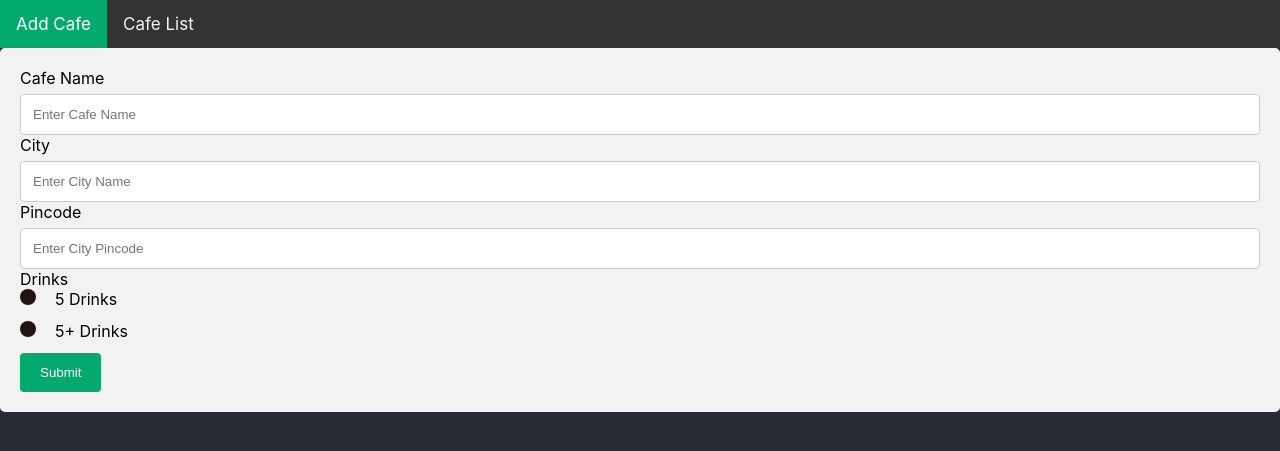
Repository: Surojd/project-cafe
Page: /add-cafe
The author's editor kept a copy of each file at every save. The page is drawn from the files as they stood at one save, then again after the next save.
The browser window is 1280 px wide. The pictures show the whole page.
The page's requests for data from a server got no answer. The project was rebuilt for these pictures with package versions that can differ from the ones it lists, and the page was loaded fresh each time. No one was signed in, and anything a server would have sent is missing. Also part of the build but not shown: src/cafe/CafeList.js.

Above is the page before, as saved 2021-09-01 14:41:41.

### src/index.js
import React from 'react';
import ReactDOM from 'react-dom';
import './index.css';
import App from './App';
import reportWebVitals from './reportWebVitals';

import { BrowserRouter as Router } from 'react-router-dom';
ReactDOM.render(
  <React.StrictMode>
    <Router>
      <App />
    </Router>
  </React.StrictMode>,
  document.getElementById('root')
);

// If you want to start measuring performance in your app, pass a function
// to log results (for example: reportWebVitals(console.log))
// or send to an analytics endpoint. Learn more: https://bit.ly/CRA-vitals
reportWebVitals();

### src/index.css
body {
  background-color: #282c34;
  margin: 0;
  font-family: -apple-system, BlinkMacSystemFont, 'Segoe UI', 'Roboto', 'Oxygen',
    'Ubuntu', 'Cantarell', 'Fira Sans', 'Droid Sans', 'Helvetica Neue',
    sans-serif;
  -webkit-font-smoothing: antialiased;
  -moz-osx-font-smoothing: grayscale;
}

code {
  font-family: source-code-pro, Menlo, Monaco, Consolas, 'Courier New',
    monospace;
}

a{
  text-decoration: none;
}

### src/App.js
import { Link, Redirect, Route, Switch, useLocation } from 'react-router-dom';
import './App.css';
import { AddCafe, CafeList } from './cafe';

const routes = [
  { path: '/add-cafe', component: AddCafe },
  { path: '/cafes', component: CafeList },
];
function App() {
  const { pathname } = useLocation();
  console.log(pathname);
  return (
    <div className="App">
      <header className="topnav">
        <Link to="/add-cafe" className={pathname === '/add-cafe' ? 'active' : ''}>Add Cafe</Link>
        <Link to="/cafes" className={pathname === '/cafes' ? 'active' : ''}>Cafe List</Link>
      </header>
      <div class="container">
        <Switch>
          {
            routes.map(item => {
              return <Route  {...item} />
            })
          }
        </Switch>
      </div>
    </div>
  );
}

export default App;

### src/App.css
/* Add a black background color to the top navigation */
.topnav {
  background-color: #333;
  overflow: hidden;
}

/* Style the links inside the navigation bar */
.topnav a {
  float: left;
  display: block;
  color: #f2f2f2;
  text-align: center;
  padding: 14px 16px;
  text-decoration: none;
  font-size: 17px;
}

/* Change the color of links on hover */
.topnav a:hover {
  background-color: #ddd;
  color: black;
}

/* Add an active class to highlight the current page */
.topnav a.active {
  background-color: #04AA6D;
  color: white;
}

/* Hide the link that should open and close the topnav on small screens */
.topnav .icon {
  display: none;
}

* {box-sizing: border-box;}

input[type=text],input[type=number], select, textarea {
  width: 100%;
  padding: 12px;
  border: 1px solid #ccc;
  border-radius: 4px;
  box-sizing: border-box;
  margin-top: 6px;
  resize: vertical;
}

input[type=submit] {
  background-color: #04AA6D;
  color: white;
  padding: 12px 20px;
  border: none;
  border-radius: 4px;
  cursor: pointer;
}

button[type=submit]:hover {
  background-color: #45a049;
}

.container {
  border-radius: 5px;
  background-color: #f2f2f2;
  padding: 20px;
}

/* Chrome, Safari, Edge, Opera */
input::-webkit-outer-spin-button,
input::-webkit-inner-spin-button {
  -webkit-appearance: none;
  margin: 0;
}

/* Firefox */
input[type=number] {
  -moz-appearance: textfield;
}


.radio-label{
  display: block;
  position: relative;
  padding-left: 35px;
  margin-bottom: 12px;
  cursor: pointer;
  -webkit-user-select: none;
  -moz-user-select: none;
  -ms-user-select: none;
  user-select: none;
}



/* Hide the browser's default radio button */
.radio-label input[type=radio] {
  position: absolute;
  opacity: 0;
  cursor: pointer;
}

/* Create a custom radio button */
.checkmark {
  position: absolute;
  top: 0;
  left: 0;
  height: 16px;
  width: 16px;
  background-color: rgb(34, 19, 19);
  border-radius: 50%;
}

/* On mouse-over, add a grey background color */
.radio-label:hover input[type=radio] ~ .checkmark {
  background-color: #ccc;
}

/* When the radio button is checked, add a blue background */
.radio-label input[type=radio]:checked ~ .checkmark {
  background-color: #2196F3;
}

/* Create the indicator (the dot/circle - hidden when not checked) */
.checkmark:after {
  content: "";
  position: absolute;
  display: none;
}

/* Show the indicator (dot/circle) when checked */
.radio-label input[type=radio]:checked ~ .checkmark:after {
  display: block;
}

/* Style the indicator (dot/circle) */
.radio-label .checkmark:after {
 	top: 5px;
	left: 5px;
	width: 6px;
	height: 6px;
	border-radius: 50%;
	background: white;
}

.error{
    color: red;
    padding: 0px;
    margin: 0px;
}

table{
  border-radius: 5px;
  font-size: 12px;
  font-weight: normal;
  border: none;
  border-collapse: collapse;
  width: 100%;
  max-width: 100%;
  white-space: nowrap;
}

table th{
  text-align: center;
  padding: 8px;
  color: #ffffff;
  background: #07315a;
}
table td{
  border-right: 1px solid #f8f8f8;
    font-size: 12px;
    text-align: center;
}
th:nth-child(odd) {
  background: #324960;
}

tr:nth-child(even) {
  background: #F8F8F8;
}

### src/cafe/index.js

export { default as AddCafe } from './AddCafe';
export { default as CafeList } from './CafeList';

### src/cafe/AddCafe.js
import React from 'react';
import { collection, addDoc } from "firebase/firestore";
import firestore from './firebase';

import { useFormik } from 'formik';
import * as Yup from 'yup';

export default function AddCafe() {

  const formik = useFormik({
    initialValues: {
      name: '',
      city: '',
      pincode: '',
      drinks: ''
    },
    validationSchema: Yup.object({
      name: Yup.string()
        .max(15, 'Must be 15 characters or less')
        .required('Required'),
      city: Yup.string()
        .max(20, 'Must be 20 characters or less')
        .required('Required'),
      pincode: Yup.number().required('Required'),
      drinks: Yup.string().required('Required'),
    }),
    onSubmit: async (data, { resetForm }) => {
      try {
        const docRef = await addDoc(collection(firestore, "cafes"), data);
        alert("Cafe Added Successfully. ID : " + docRef.id);
        resetForm()
      } catch (e) {
        alert("Error adding cafe. something went wrong. ");
      }
    },
  });

  return (
    <form onSubmit={formik.handleSubmit}>
      <label htmlFor="name">Cafe Name</label>
      <input
        id="name"
        type='text'
        placeholder='Enter Cafe Name'
        {...formik.getFieldProps('name')}
      />
      {formik.touched.name && formik.errors.name ? (
        <div className="error">{formik.errors.name}</div>
      ) : null}

      <label htmlFor="city">City</label>
      <input
        id="city"
        type='text'
        placeholder='Enter City Name'
        {...formik.getFieldProps('city')}
      />
      {formik.touched.city && formik.errors.city ? (
        <div className="error">{formik.errors.city}</div>
      ) : null}

      <label htmlFor="pincode">Pincode</label>
      <input
        id="pincode"
        type='number'
        placeholder='Enter City Pincode'
        {...formik.getFieldProps('pincode')}
      />
      {formik.touched.pincode && formik.errors.pincode ? (
        <div className="error">{formik.errors.pincode}</div>
      ) : null}
      <label>Drinks</label>
      <label class="radio-label">5 Drinks
        <input
          type='radio'
          {...formik.getFieldProps('drinks')}
          value="5 Drinks"
        />
        <span class="checkmark"></span>
      </label>
      <label class="radio-label">5+ Drinks
        <input
          type='radio'
          {...formik.getFieldProps('drinks')}
          value="5+ Drinks"
        />
        <span class="checkmark"></span>
      </label>
      {formik.errors.drinks ? (
        <div className="error">{formik.errors.drinks}</div>
      ) : null}
      <input type="submit" value="Submit" />
    </form>);
}

### src/cafe/firebase.js
import { initializeApp } from 'firebase/app'
import { enableIndexedDbPersistence, initializeFirestore, CACHE_SIZE_UNLIMITED } from 'firebase/firestore'
import { getAnalytics } from "firebase/analytics";


const firebaseApp = initializeApp({
  apiKey: "AIzaSyBF1CMLc0WfG_majkcPFVm9eU-DCqGW9BM",
  authDomain: "project-cafe-d8aca.firebaseapp.com",
  projectId: "project-cafe-d8aca",
  storageBucket: "project-cafe-d8aca.appspot.com",
  messagingSenderId: "531282317018",
  appId: "1:531282317018:web:25d8fc0f088be0c68d5fe3",
  measurementId: "G-GNS7C6HN2Y"
});
const firestore = initializeFirestore(firebaseApp, {
  cacheSizeBytes: CACHE_SIZE_UNLIMITED
});

enableIndexedDbPersistence(firestore)
  .catch((err) => {
    if (err.code === 'failed-precondition') {
      console.log('Multiple tabs open, persistence can only be enabled in one tab at a a time.');
    } else if (err.code === 'unimplemented') {
      console.log('The current browser does not support all of the features required to enable persistence.');
    }
  });
export default firestore;
const analytics = getAnalytics(firebaseApp);

Loaded but not shown: public/index.html (common file); src/reportWebVitals.js (common file)

After the next save:
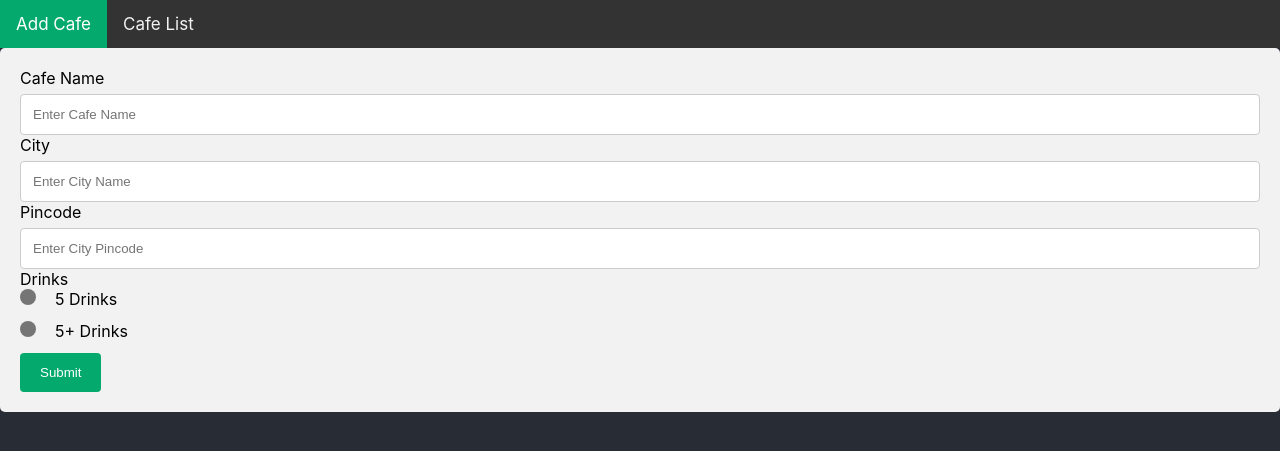
Saved 23 s later.
--- a/src/App.css
+++ b/src/App.css
@@ -104,7 +104,7 @@ input[type=number] {
   left: 0;
   height: 16px;
   width: 16px;
-  background-color: rgb(34, 19, 19);
+  background-color: rgb(117, 117, 117);
   border-radius: 50%;
 }
 
